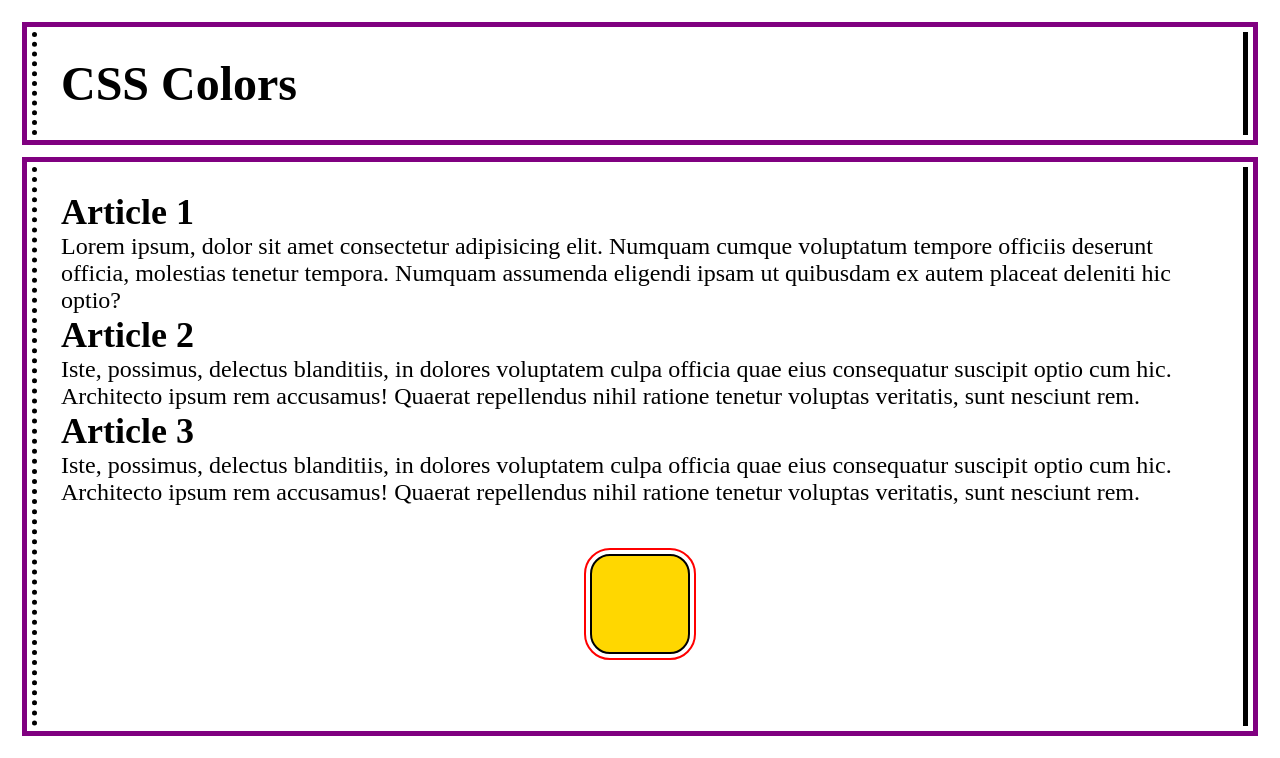
Repository: madhurik9999/Css
Page: index.html
The author's editor kept a copy of each file at every save. The page is drawn from the files as they stood at one save, then again after the next save.
The browser window is 1280 px wide. The pictures show the whole page.

Above is the page before, as saved 2023-12-09 12:28:08.

### index.html
<!DOCTYPE html>
<html lang="en">

<head>
    <meta charset="UTF-8">
    <meta http-equiv="X-UA-Compatible" content="IE=edge">
    <meta name="viewport" content="width=device-width, initial-scale=1.0">
    <title>Document</title>
    <link rel="stylesheet" href="styles/style.css">
</head>

<body>
    <header class="container">
        <h1>CSS Colors</h1>
    </header>
    <main class="container">
        <article>
            <h2>Article 1</h2>
            <p class="gray">Lorem ipsum, dolor sit amet consectetur adipisicing elit. Numquam cumque voluptatum tempore
                officiis
                deserunt
                officia, molestias tenetur tempora. Numquam assumenda eligendi ipsam ut quibusdam ex autem placeat
                deleniti
                hic optio?</p>
        </article>
        <article>
            <h2>Article 2</h2>
            <p class="two">Iste, possimus, delectus blanditiis, in dolores voluptatem culpa officia quae
                eius
                consequatur
                suscipit optio
                cum hic. Architecto ipsum rem accusamus! Quaerat repellendus <span class="highlight">nihil</span>
                ratione tenetur voluptas
                veritatis,
                sunt
                nesciunt rem.</p>
        </article>
        <article>
            <h2>Article 3</h2>
            <p class="three">Iste, possimus, delectus blanditiis, in dolores voluptatem culpa officia quae eius
                consequatur
                suscipit optio
                cum hic. Architecto <span class="highlight">ipsum</span> rem accusamus! Quaerat repellendus nihil
                ratione tenetur voluptas
                veritatis,
                sunt
                nesciunt rem.</p>
        </article>
        <div class="circle"></div>
    </main>
</body>

</html>

### styles/style.css
/* Selectors */
/* html {
    font-size: 22px;
}

body {
    font-size: 22px;
}

main {
    font-family: monospace;
}

button,
input,
textarea,
select {
    font: inherit;
}

p {
    color: purple;
}

.highlight {
    text-transform: uppercase;
    background-color: gold;
}

.gray {
    color: grey;
}

#second {
    font-style: italic;
} */

/* Colors */
/* body {
    font-size: 22px;
    font-family: Arial, Helvetica, sans-serif;
    line-height: 1.5;
    background: papayawhip;
    color: rgb(255, 0, 0);
}

p {
    color: #ff00ffd2;
} */

/* Css Units & Sizes */
/* * {
    margin: 0;
    padding: 0;
    box-sizing: border-box;
}

body {
    width: 100%;
    height: 100vh;
}

h1 {
    border: 2px dashed red;
    width: 50%;
    font-size: 3rem;
    padding: 0.5em;
}

main {
    font-size: 2rem;
}

p {
    font-size: 2rem;
} */

/* CSS BOX MODEL */
/* * {
    margin: 0;
    padding: 0;
    box-sizing: border-box;
}

h1 {
    border: 2px dashed red;
    width: 400px;
    font-size: 3rem;
    padding: 0.5em;
} */

/* /Box Modal */
* {
    margin: 0;
    padding: 0;
    box-sizing: border-box;
}

.container {
    /* border: dashed red; */
    border: offset red;
    /* border: double red; */
    border-top-width: 5px;
    border-left: 5px dotted;
    border-right: 5px solid;
    font-size: 1.5rem;
    /* margin-top: 1.5rem;
    margin-left: 1.5rem;
    margin-right: 1.5rem;
    margin-bottom: 1.5rem; */
    margin: 2rem 2rem 2rem 2rem;
    /* margin: 2rem 2rem 2rem ;
    margin: 2rem 2rem; */
    padding: 1.5rem;
    outline: 5px solid purple;
    outline-offset: 5px;
}

.circle {
    margin: 3rem auto;
    background-color: gold;
    width: 100px;
    height: 100px;
    border: 2px solid #000;
    border-radius: 20px;
    outline: 2px solid red;
    outline-offset: 0.25rem;
}

After the next save:
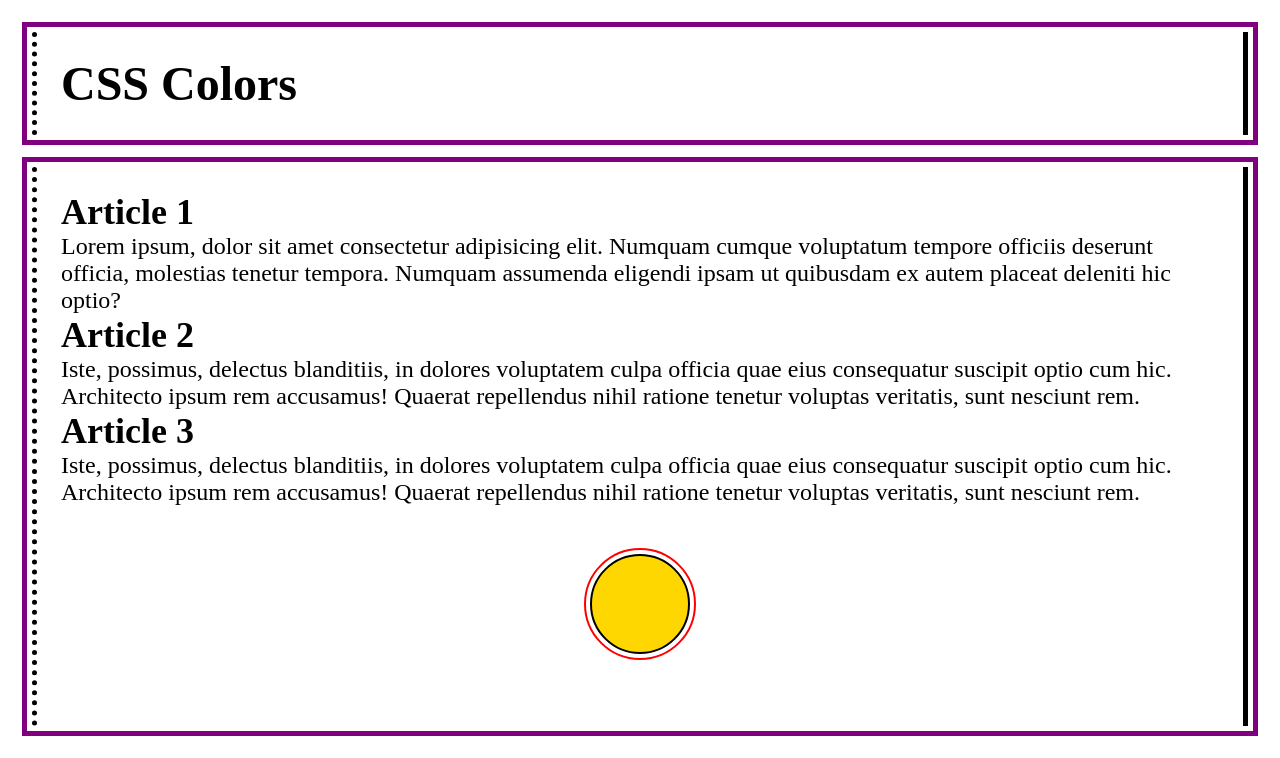
Saved 17 s later.
--- a/styles/style.css
+++ b/styles/style.css
@@ -122,7 +122,7 @@ h1 {
     width: 100px;
     height: 100px;
     border: 2px solid #000;
-    border-radius: 20px;
+    border-radius: 50px;
     outline: 2px solid red;
     outline-offset: 0.25rem;
 }
